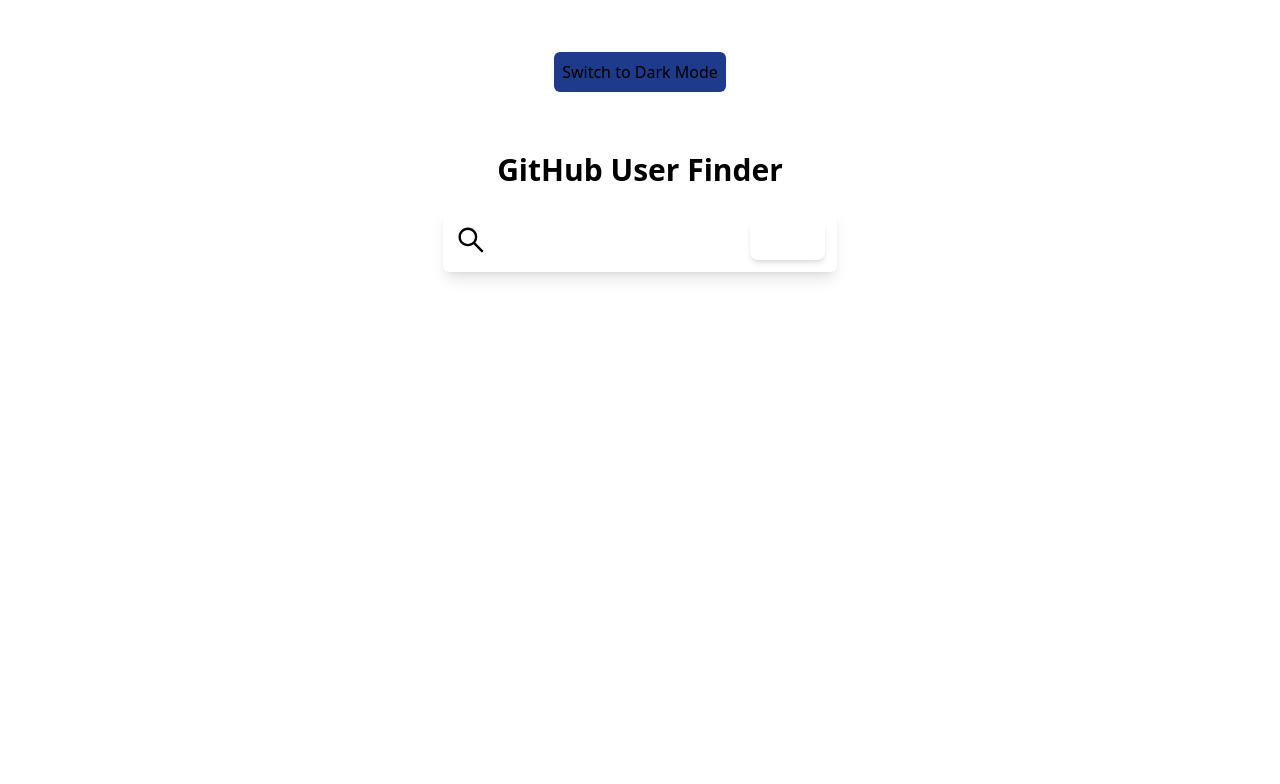
Repository: Gabriel221-dev/Git-Project
Page: /
The author's editor kept a copy of each file at every save. The page is drawn from the files as they stood at one save, then again after the next save.
The browser window is 1280 px wide. The pictures show the whole page.
The page's requests for data from a server got no answer. The project was rebuilt for these pictures with package versions that can differ from the ones it lists, and the page was loaded fresh each time. No one was signed in, and anything a server would have sent is missing. Also part of the build but not shown: vite.config.js, src/components/Preview/Preview.jsx.

Above is the page before, as saved 2024-06-28 10:18:29.

After the next save:
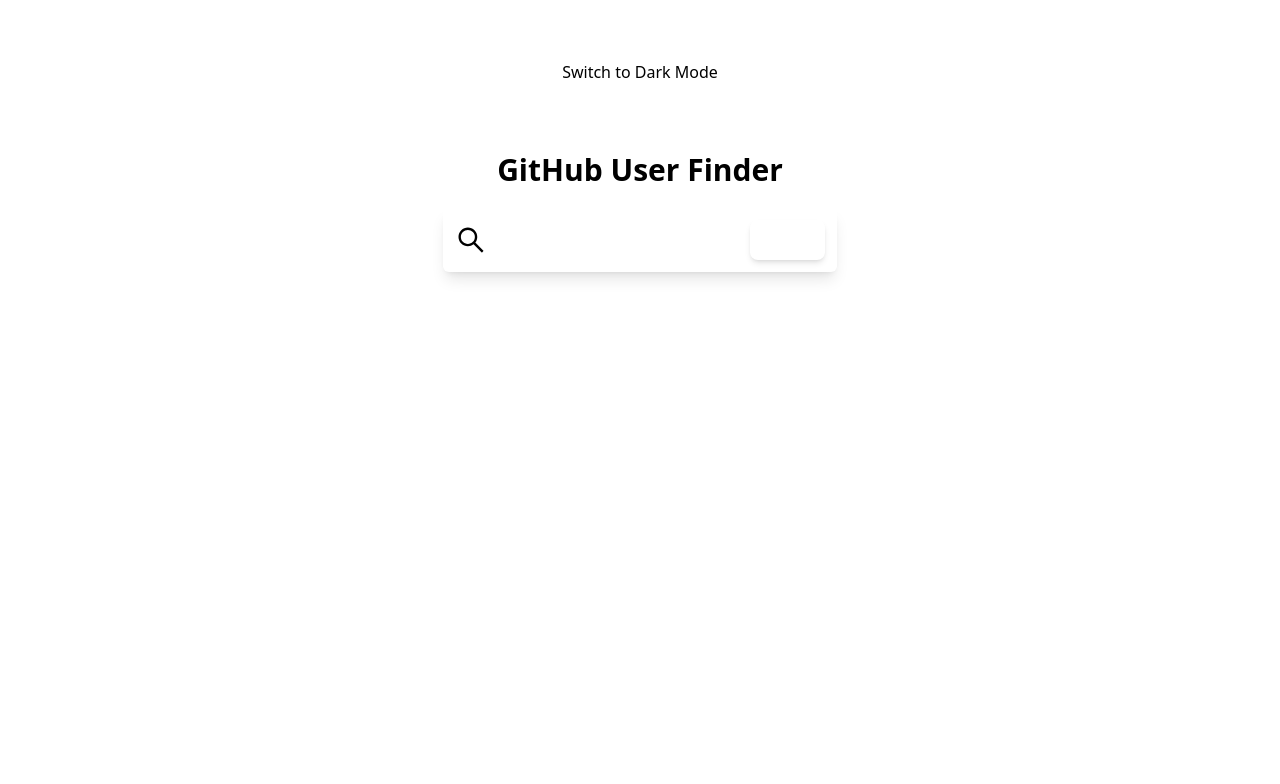
Saved 45 s later.
--- a/tailwind.config.js
+++ b/tailwind.config.js
@@ -25,13 +25,9 @@
     extend: {
       colors: {
         light: {
-          primary: '#1E3A8A', // Dark Blue
-          secondary: '#3B82F6', // Lighter Blue
-          darkGray: '#1F2937', // Dark Gray
-          lightGray: '#6B7280', // Light Gray
-          errorRed: '#DC2626', // Error Red
-          background: '#FFFFFF', // White
-          text: '#000000', // Black
+        "dark-bg":"#141c2e",
+        "dark-gray":"#1e2b48",
+        "dark-blue":"#007afd"
         },
         dark: {
           primary: '#1E3A8A', // Dark Blue
